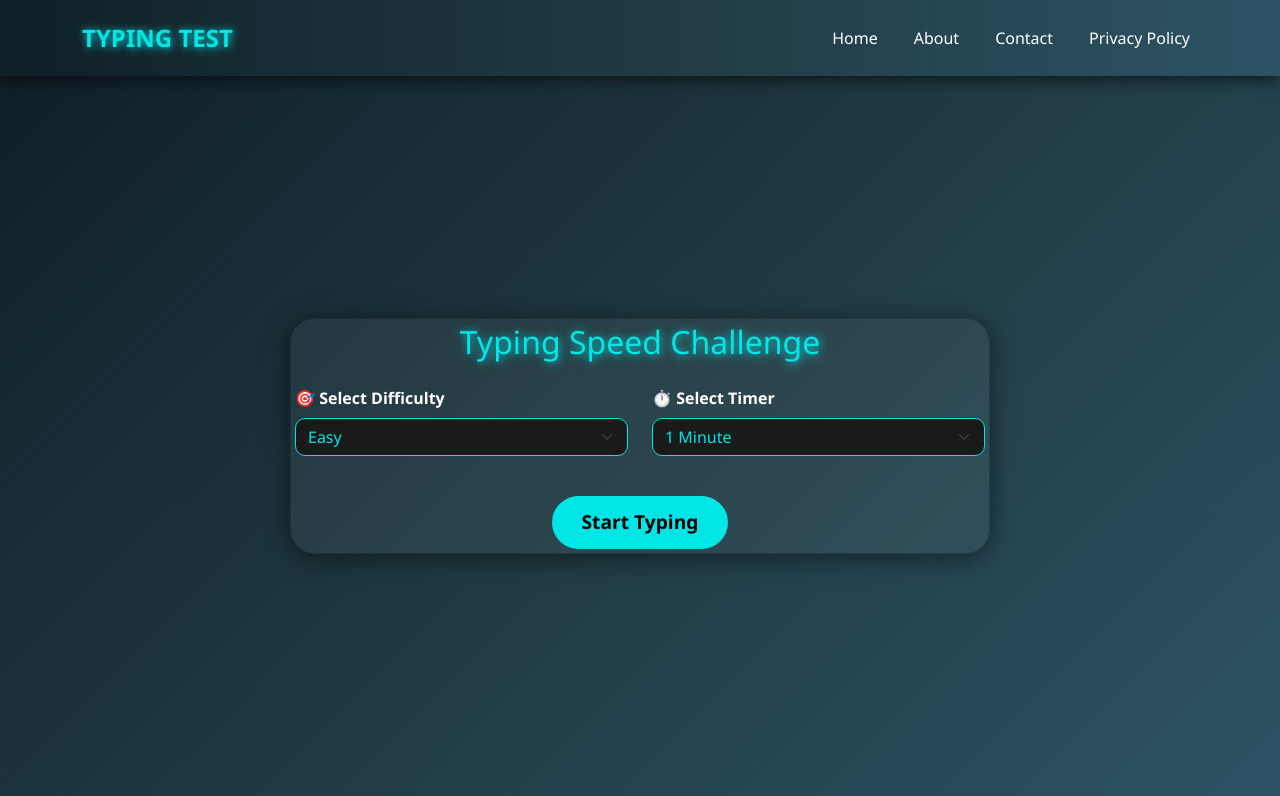
Repository: SHAHZADcodr/typing-test-react
Page: /
An editor plug-in stored every save of this project. The page is shown before and after the next save, followed by the edit.
The browser window is 1280 px wide. The pictures show the whole page.
The project was rebuilt for these pictures with package versions that can differ from the ones it lists, and the page was loaded fresh each time. Also part of the build but not shown: src/customCss/About.css, src/pages/About.jsx, src/customCss/Contact.css, src/pages/Contact.jsx, src/customCss/Game.css, src/pages/Game.jsx, src/customCss/GameOver.css, src/pages/GameOver.jsx and 2 more. Imported but missing from the stored project, and not drawn on this page: src/assets/background.mp3, src/assets/pop.mp3.

Above is the page before, as saved 2025-04-14 17:17:44.

After the next save:
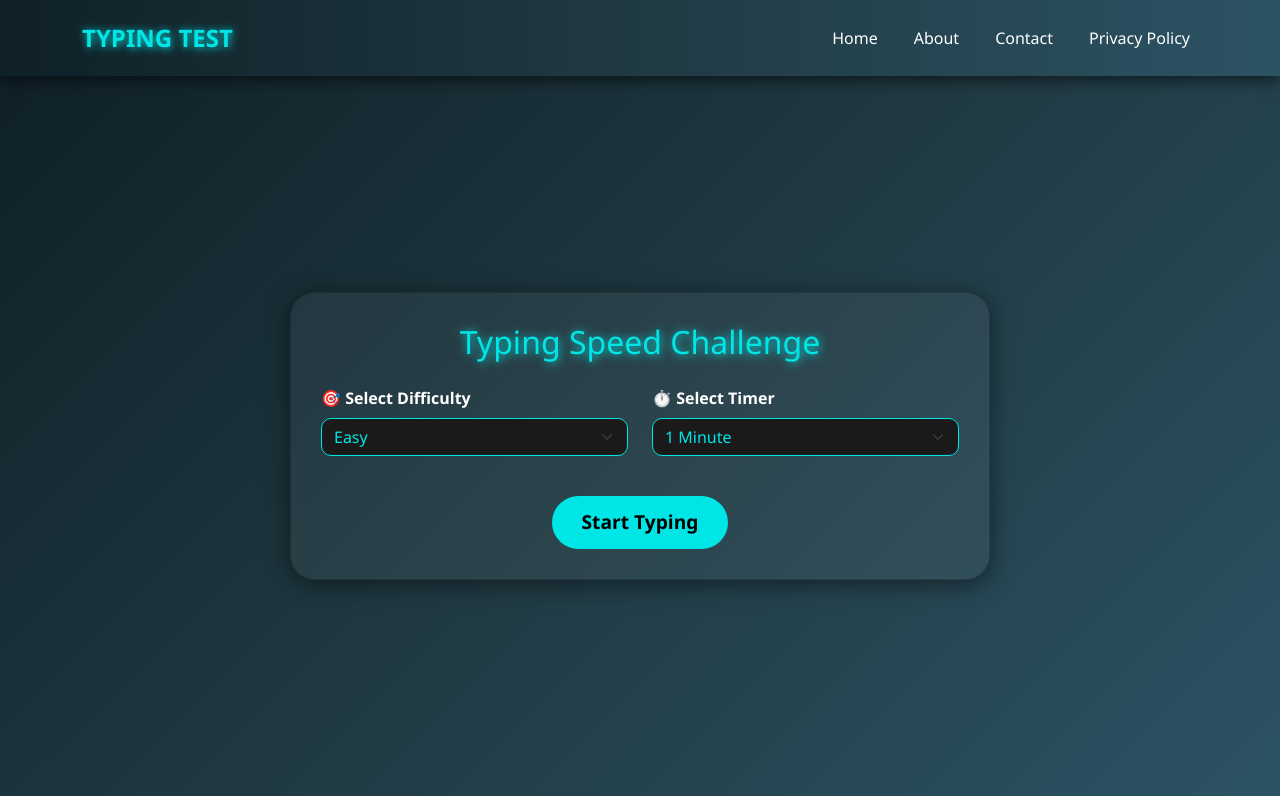
Saved 4 s later.
--- a/src/customCss/Home.css
+++ b/src/customCss/Home.css
@@ -12,7 +12,7 @@
   .home-card {
     background-color: rgba(255, 255, 255, 0.05);
     border-radius: 25px;
-    padding: 4px;
+    padding: 30px;
     box-shadow: 0 4px 25px rgba(0, 0, 0, 0.5);
     width: 100%;
     max-width: 700px;
